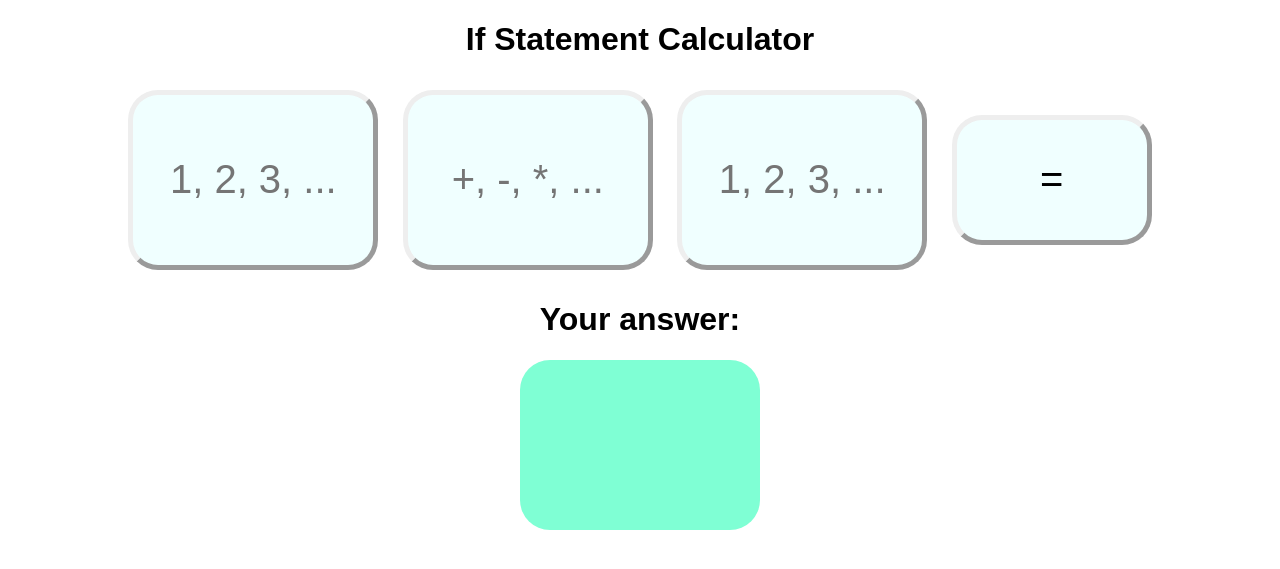
Repository: WesleyErasmus/threeInputCalculator
Page: html/if-calculator.html
These files come from the project's save history. The page is drawn as it stood at one moment and after the next save; the edit follows.
The browser window is 1280 px wide. The pictures show the whole page.

Above is the page before, as saved 2022-04-27 22:25:04.

After the next save:
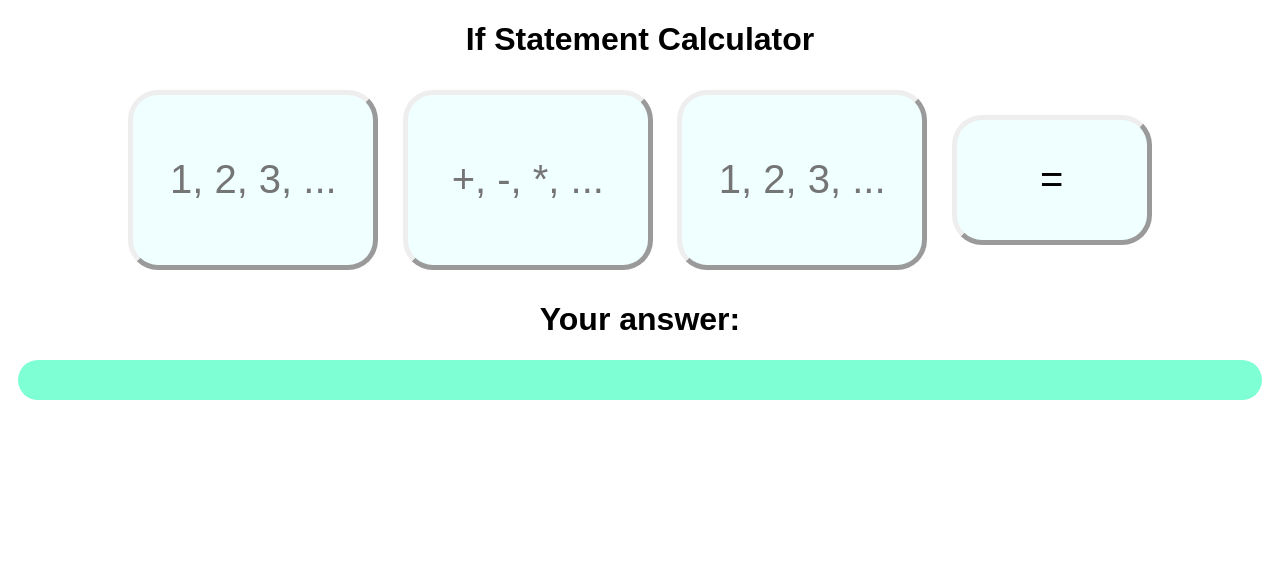
Saved 34 s later.
--- a/css/stylesheet.css
+++ b/css/stylesheet.css
@@ -30,8 +30,6 @@ p {
     text-align: center !important;
     vertical-align: middle !important;
     margin: 10px;
-    width: 200px;
-    height: 130px;
     padding: 20px;
     font-size: 75px;
     border-radius: 30px;
